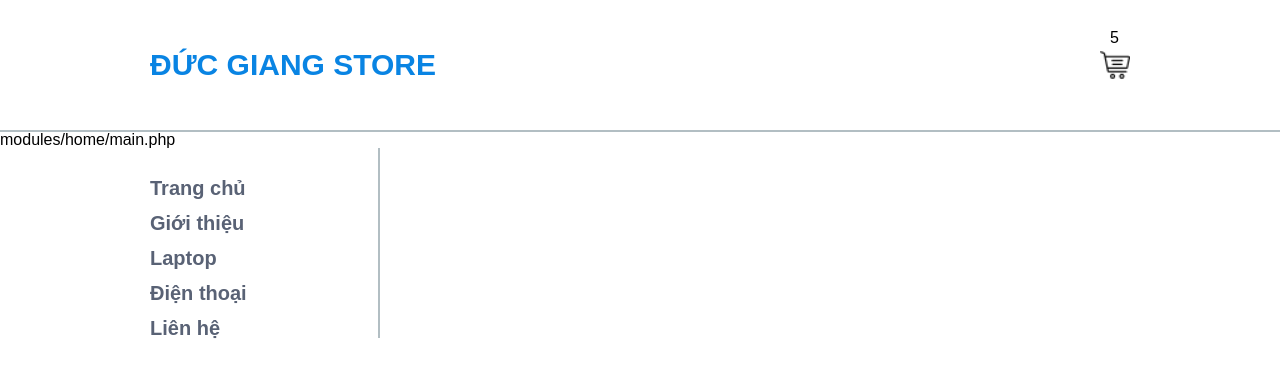
Repository: Giangattt123/PHP
Page: http://localhost/?page=home
These files come from the project's save history. The page is drawn as it stood at one moment and after the next save; the edit follows.
The browser window is 1280 px wide. The pictures show the whole page.
Some web libraries are served in a nearby version. The page is run by PHP 8.4 with error messages shown; the project is at /var/www/html/.

Above is the page before, as saved 2023-03-18 19:40:37.

After the next save:
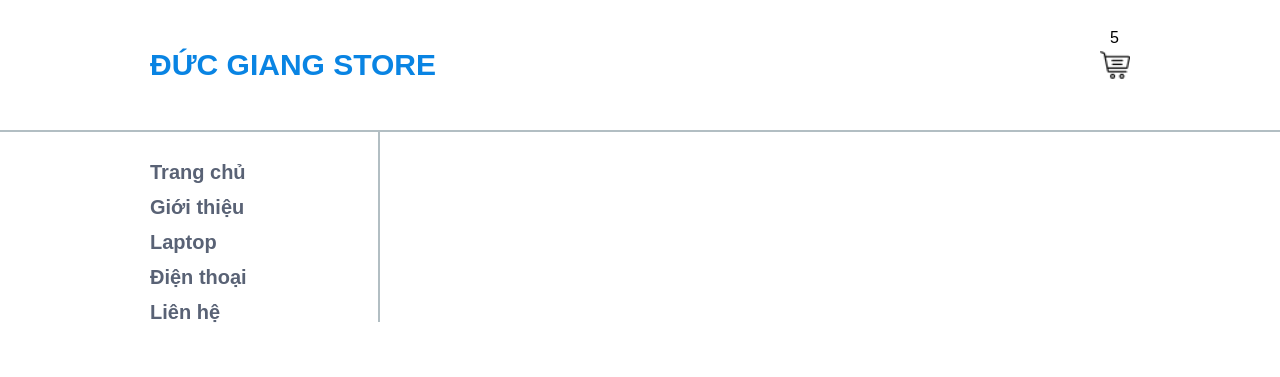
Saved 15 s later.
--- a/PHP_Shopping-Cart/Shopping_Cart/index.php
+++ b/PHP_Shopping-Cart/Shopping_Cart/index.php
@@ -8,7 +8,6 @@
     $mod = !empty($_GET['mod']) ? $_GET['mod'] : 'home';
     $act = !empty($_GET['act']) ? $_GET['act'] : 'main';
     $path = "modules/{$mod}/{$act}.php";
-    echo $path;
     if(file_exists($path)){
         require $path;
     }else{

After the 2 saves that followed:
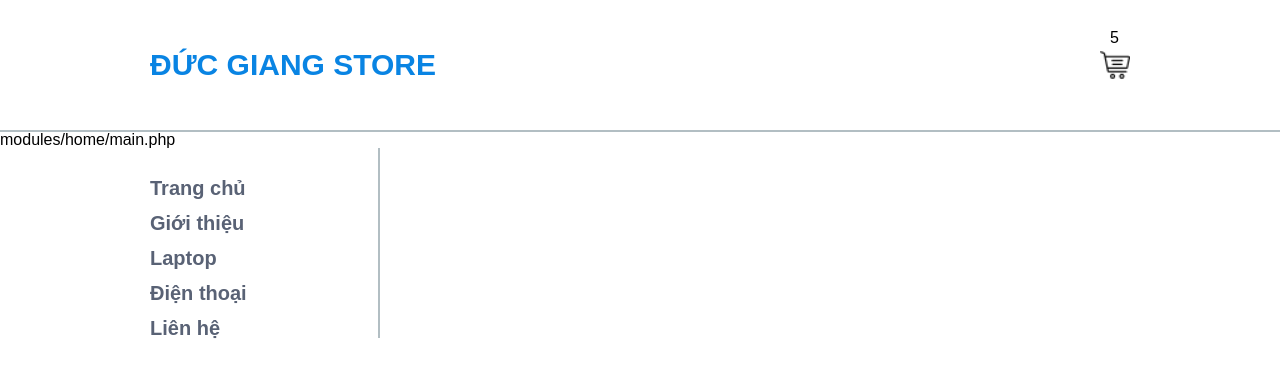
The 2 saves are shown as one change because 1 left the picture as it was.
The last was saved 2 min 14 s later.
--- a/PHP_Shopping-Cart/Shopping_Cart/index.php
+++ b/PHP_Shopping-Cart/Shopping_Cart/index.php
@@ -8,6 +8,7 @@
     $mod = !empty($_GET['mod']) ? $_GET['mod'] : 'home';
     $act = !empty($_GET['act']) ? $_GET['act'] : 'main';
     $path = "modules/{$mod}/{$act}.php";
+    echo $path;
     if(file_exists($path)){
         require $path;
     }else{
--- a/PHP_Shopping-Cart/Shopping_Cart/modules/home/main.php
+++ b/PHP_Shopping-Cart/Shopping_Cart/modules/home/main.php
@@ -6,7 +6,7 @@
                     <a href="" class="cards" onclick="toggleActive(this)">Trang chủ</a>
                 </li>
                 <li class="menu-item">
-                    <a href="" class="cards" onclick="toggleActive(this)">Giới thiệu</a>
+                    <a href="?mod=page&act=detail&id=1" class="cards" onclick="toggleActive(this)">Giới thiệu</a>
                 </li>
                 <li class="menu-item">
                     <a href="" class="cards" onclick="toggleActive(this)">Laptop</a>
@@ -15,7 +15,7 @@
                     <a href="" class="cards" onclick="toggleActive(this)">Điện thoại</a>
                 </li>
                 <li class="menu-item">
-                    <a href="" class="cards" onclick="toggleActive(this)">Liên hệ</a>
+                    <a href="?mod=page&act=detail&id=2" class="cards" onclick="toggleActive(this)">Liên hệ</a>
                 </li>
             </ul>
         </div>
